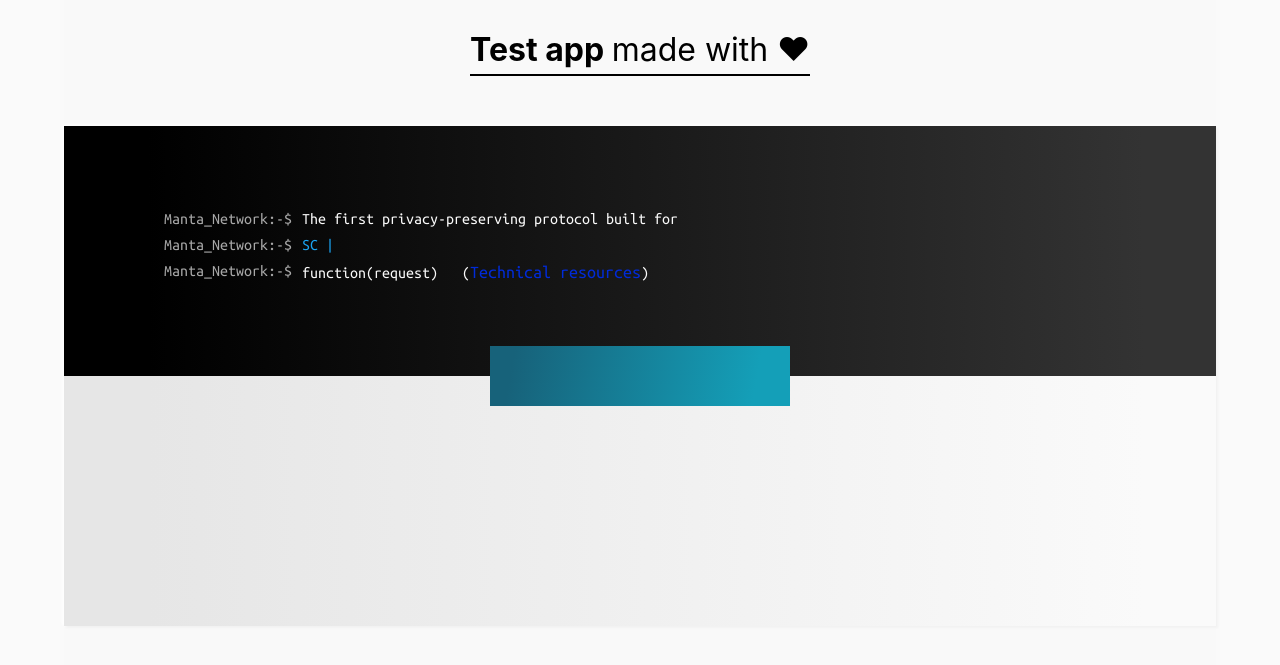
Repository: Khattak01/test-app
Page: /
These files come from the project's save history. The page is drawn as it stood at one moment and after the next save; the edit follows.
The browser window is 1280 px wide. The pictures show the whole page.
The project was rebuilt for these pictures with package versions that can differ from the ones it lists, and the page was loaded fresh each time.

Above is the page before, as saved 2021-05-12 08:29:12.

After the next save:
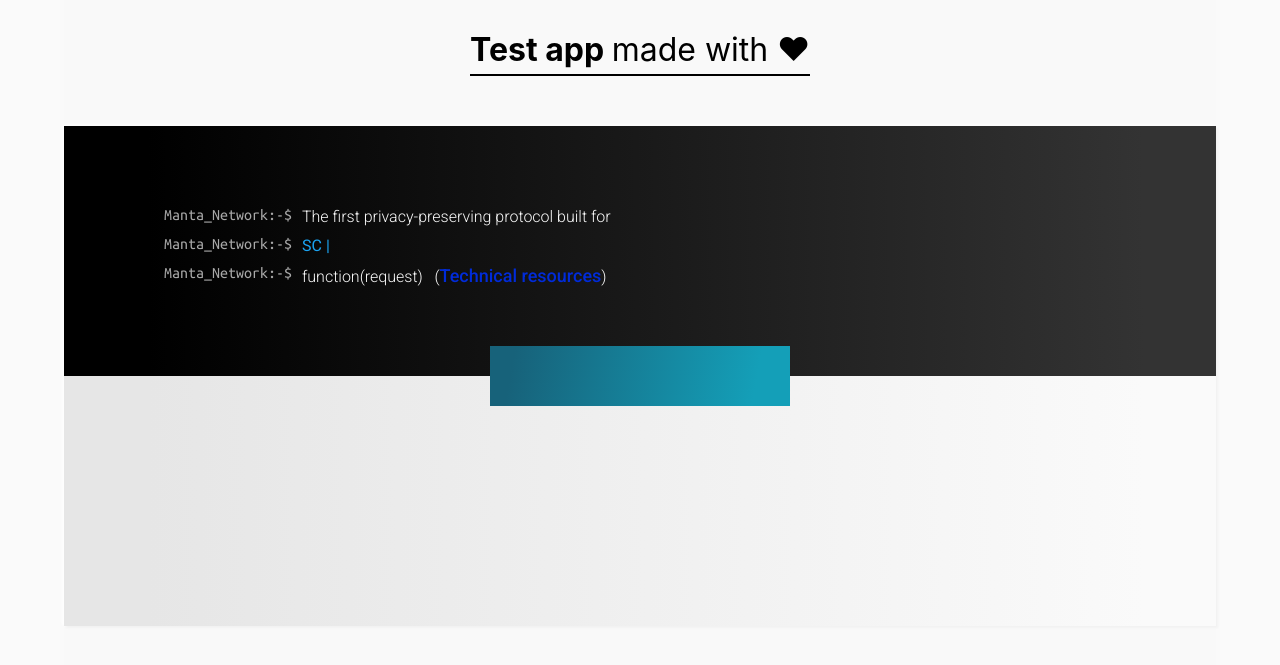
Saved 7 s later.
--- a/src/components/banner/Banner.module.css
+++ b/src/components/banner/Banner.module.css
@@ -19,7 +19,7 @@
 
 .text_box p{
   margin-left: 10px;
-  font-family: var(--font-heading);
+  font-family: var(--font-generic);
 }
 .banner__top{
   background-image: var(--color-dark);
